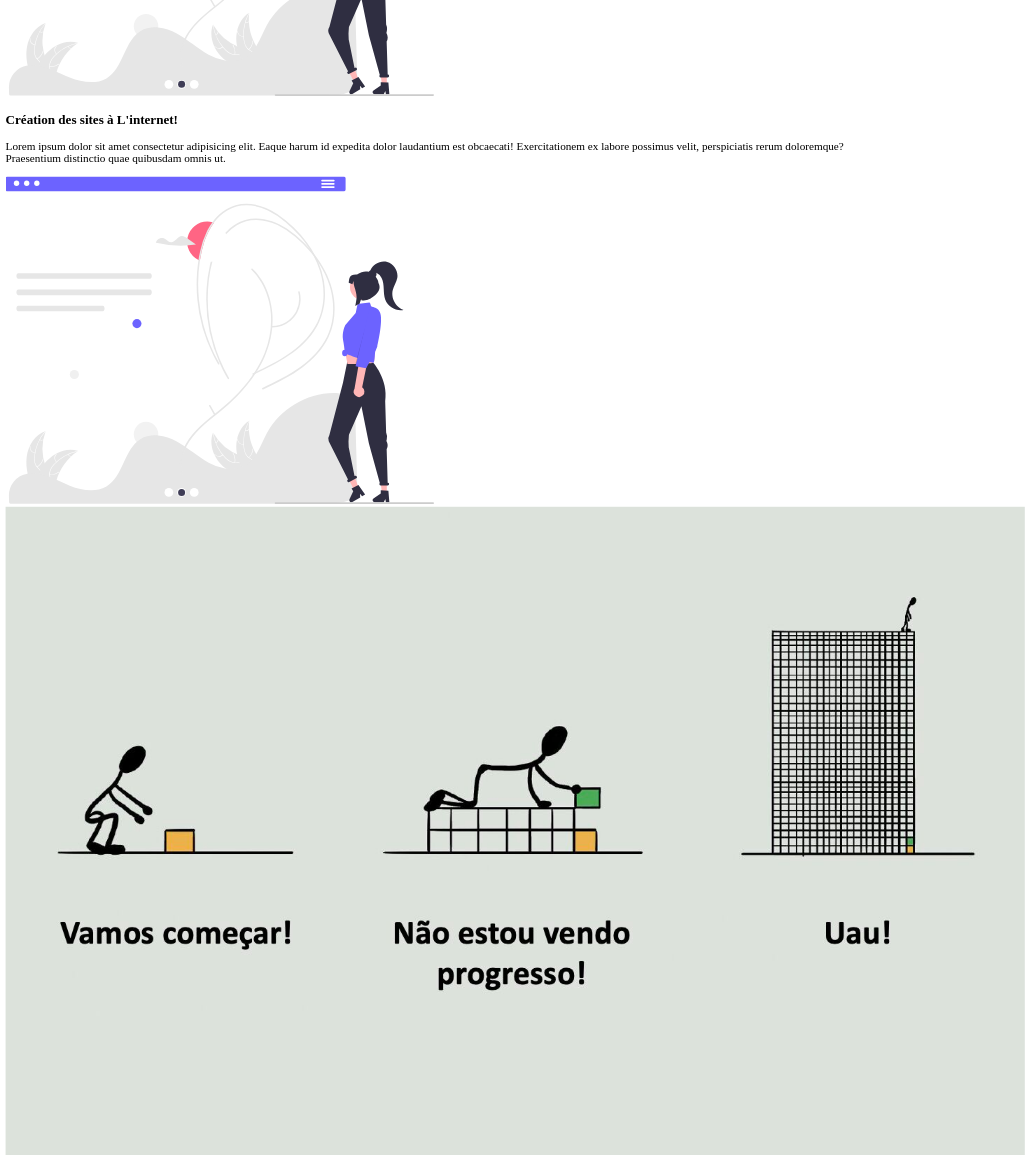
Repository: MarcioFreitasUFSC21/Proejct00
Page: ExampleSite/Assets/index2.html
These files come from the project's save history. The page is drawn as it stood at one moment and after a run of saves; the edit follows.
The browser window is 1280 px wide. The page is 1464 px wide, so the pictures cover 1464 px, including what lies to the right of the window. The pictures show the part of the page from y = 1750 to 3430 px (the page is 3412 px tall before and 3430 px after), at 70% of full size.

Above is the page before, as saved 2023-03-18 17:43:33.

After the next 2 saves:
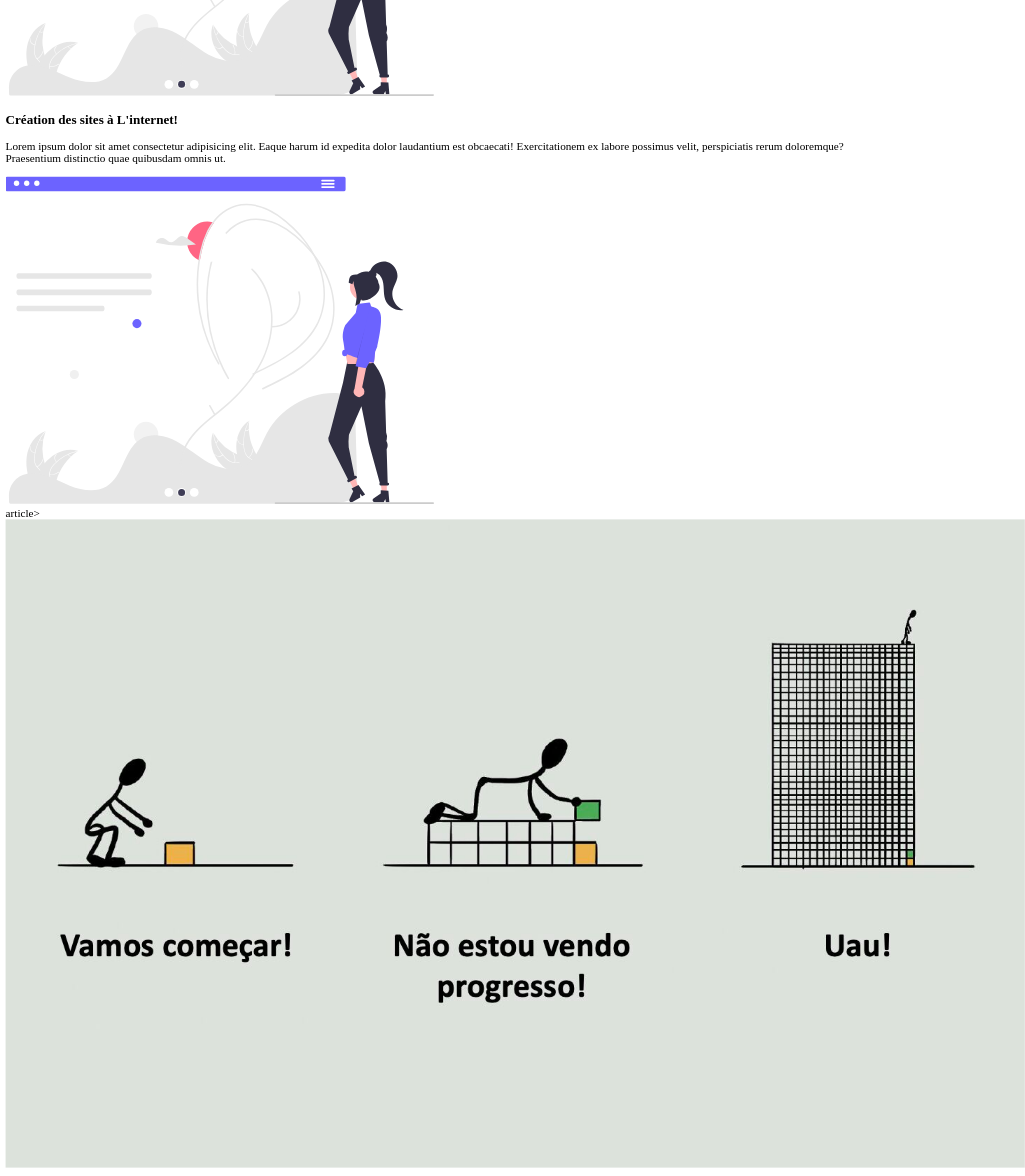
The 2 saves are shown as one change because they came seconds apart.
The last was saved 7 s later.
--- a/ExampleSite/Assets/index2.html
+++ b/ExampleSite/Assets/index2.html
@@ -49,7 +49,7 @@
                 <div>
                     <img src="Assets/img2/site.svg">
                 </div>
-
+            </article>article>
 
             <img src="Assets/img2/lesson.jpg">
         </div>

After the save that followed:
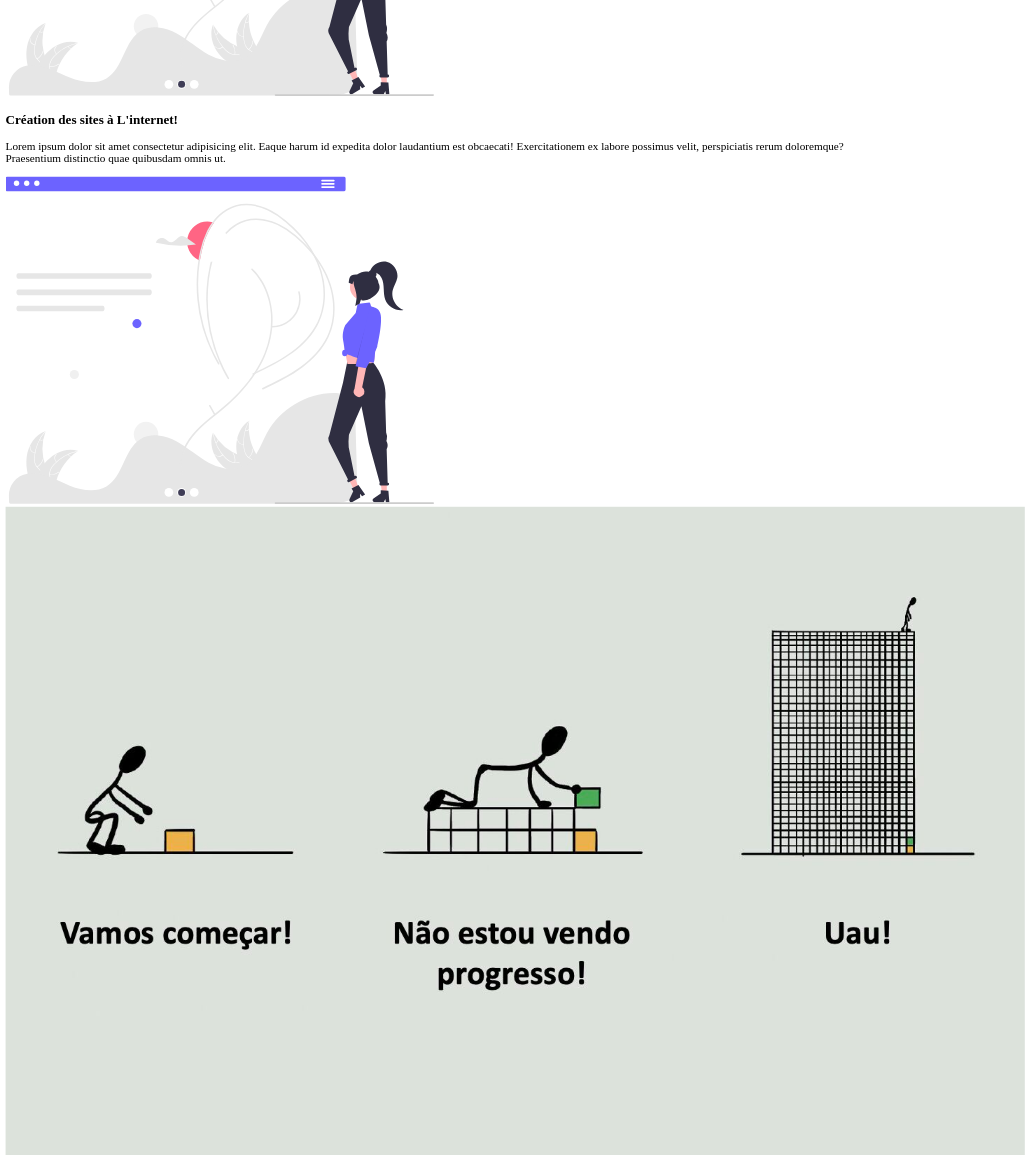
Saved 6 s later.
--- a/ExampleSite/Assets/index2.html
+++ b/ExampleSite/Assets/index2.html
@@ -49,7 +49,7 @@
                 <div>
                     <img src="Assets/img2/site.svg">
                 </div>
-            </article>article>
+            </article>
 
             <img src="Assets/img2/lesson.jpg">
         </div>
